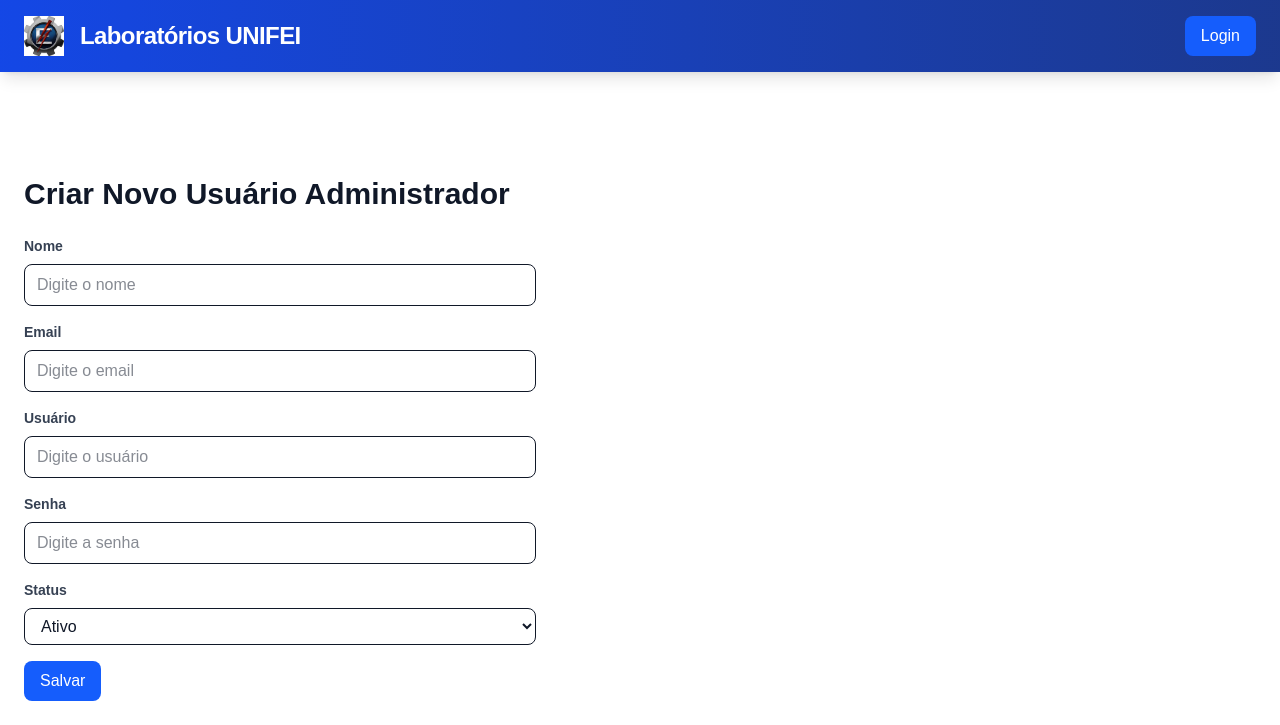
Repository: fabianosevla/gestao-labs
Page: /labs/users/admin/create (app in lab-management-system/)
The author's editor kept a copy of each file at every save. The page is drawn from the files as they stood at one save, then again after the next save.
The browser window is 1280 px wide. The pictures show the whole page.
The page's requests for data from a server got no answer. The project was rebuilt for these pictures with package versions that can differ from the ones it lists, and the page was loaded fresh each time. The framework's server and built-in components were replaced by stand-ins that run in the browser. No one was signed in, and anything a server would have sent is missing. Also part of the build but not shown: lab-management-system/next.config.mjs.

Above is the page before, as saved 2025-05-13 17:31:34.

### lab-management-system/app/layout.js
import "./globals.css";
import Navbar from "../components/Navbar";
import { AuthProvider } from "../lib/authContext";

export const metadata = {
  title: "Gerenciamento de Laboratórios",
  description: "Sistema de gerenciamento de laboratórios da Universidade Federal de Itajubá",
};

export default function RootLayout({ children }) {
  return (
    <html lang="pt-BR">
      <body className="bg-gray-100 min-h-screen">
        <AuthProvider>
          <Navbar />
          <main className="pt-16">{children}</main>
        </AuthProvider>
      </body>
    </html>
  );
}

### lab-management-system/app/labs/users/admin/create/page.js
"use client";

import { useState } from "react";
import { useRouter } from "next/navigation";
import { useAdminUsers, addAdminUser } from "../../../../../lib/storage";

export default function CreateAdminUser() {
    const router = useRouter();
    const [adminUsers, setAdminUsers, loading, refreshAdminUsers] = useAdminUsers();
    const [formData, setFormData] = useState({
        name: "",
        email: "",
        username: "",
        password: "",
        status: "ativo",
    });

    const handleChange = (e) => {
        const { id, value } = e.target;
        setFormData((prev) => ({ ...prev, [id]: value }));
    };

    const handleSubmit = async (e) => {
        e.preventDefault();
        console.log("Salvando novo usuário:", formData);

        const newUser = {
            name: formData.name,
            email: formData.email,
            username: formData.username,
            password: formData.password, // Armazenado como texto simples (recomenda-se hash no backend)
            status: formData.status,
        };

        await addAdminUser(newUser);
        await refreshAdminUsers();
        router.push("/labs/users/admin");
    };

    if (loading) {
        return <div>Carregando...</div>;
    }

    return (
        <div className="p-6 pt-28">
            <h1 className="text-3xl font-bold mb-6 text-gray-900">Criar Novo Usuário Administrador</h1>
            <form className="max-w-lg" onSubmit={handleSubmit}>
                <div className="mb-4">
                    <label className="block text-gray-700 text-sm font-bold mb-2" htmlFor="name">
                        Nome
                    </label>
                    <input
                        type="text"
                        id="name"
                        value={formData.name}
                        onChange={handleChange}
                        className="w-full px-3 py-2 border rounded-lg focus:outline-none focus:ring-2 focus:ring-blue-500 text-gray-900"
                        placeholder="Digite o nome"
                        required
                        autoComplete="name"
                    />
                </div>
                <div className="mb-4">
                    <label className="block text-gray-700 text-sm font-bold mb-2" htmlFor="email">
                        Email
                    </label>
                    <input
                        type="email"
                        id="email"
                        value={formData.email}
                        onChange={handleChange}
                        className="w-full px-3 py-2 border rounded-lg focus:outline-none focus:ring-2 focus:ring-blue-500 text-gray-900"
                        placeholder="Digite o email"
                        required
                        autoComplete="email"
                    />
                </div>
                <div className="mb-4">
                    <label className="block text-gray-700 text-sm font-bold mb-2" htmlFor="username">
                        Usuário
                    </label>
                    <input
                        type="text"
                        id="username"
                        value={formData.username}
                        onChange={handleChange}
                        className="w-full px-3 py-2 border rounded-lg focus:outline-none focus:ring-2 focus:ring-blue-500 text-gray-900"
                        placeholder="Digite o usuário"
                        required
                        autoComplete="username"
                    />
                </div>
                <div className="mb-4">
                    <label className="block text-gray-700 text-sm font-bold mb-2" htmlFor="password">
                        Senha
                    </label>
                    <input
                        type="password"
                        id="password"
                        value={formData.password}
                        onChange={handleChange}
                        className="w-full px-3 py-2 border rounded-lg focus:outline-none focus:ring-2 focus:ring-blue-500 text-gray-900"
                        placeholder="Digite a senha"
                        required
                        autoComplete="new-password"
                    />
                </div>
                <div className="mb-4">
                    <label className="block text-gray-700 text-sm font-bold mb-2" htmlFor="status">
                        Status
                    </label>
                    <select
                        id="status"
                        value={formData.status}
                        onChange={handleChange}
                        className="w-full px-3 py-2 border rounded-lg focus:outline-none focus:ring-2 focus:ring-blue-500 text-gray-900"
                        required
                        autoComplete="off"
                    >
                        <option value="ativo">Ativo</option>
                        <option value="inativo">Inativo</option>
                    </select>
                </div>
                <button
                    type="submit"
                    className="px-4 py-2 bg-blue-600 text-white rounded-lg hover:bg-blue-700 transition duration-300"
                >
                    Salvar
                </button>
            </form>
        </div>
    );
}

### lab-management-system/app/globals.css
@import "tailwindcss";

:root {
  --background: #ffffff;
  --foreground: #efecec;
}

@theme inline {
  --color-background: var(--background);
  --color-foreground: var(--foreground);
  --font-sans: var(--font-geist-sans);
  --font-mono: var(--font-geist-mono);
}

@media (prefers-color-scheme: dark) {
  :root {
    --background: #f7f1f1;
    --foreground: #ededed;
  }
}

body {
  background: var(--background);
  color: var(--foreground);
  font-family: Arial, Helvetica, sans-serif;
}

### lab-management-system/components/Navbar.js
"use client";

import Link from "next/link";
import { usePathname } from "next/navigation";
import { useEffect, useState } from "react";
import { useAuth } from "../lib/authContext";
import { useAdminUsers } from "../lib/storage";

export default function Navbar() {
    const pathname = usePathname();
    const [isLoginPage, setIsLoginPage] = useState(true);
    const { isAuthenticated, login, logout, userRole } = useAuth();
    const [loginData, setLoginData] = useState({ username: "", password: "" });
    const [isLoginModalOpen, setIsLoginModalOpen] = useState(false);
    const [adminUsers, , loading] = useAdminUsers();

    useEffect(() => {
        setIsLoginPage(pathname === "/login");
    }, [pathname]);

    const openLoginModal = () => setIsLoginModalOpen(true);
    const closeLoginModal = () => setIsLoginModalOpen(false);

    const handleLoginChange = (e) => {
        setLoginData({ ...loginData, [e.target.name]: e.target.value });
    };

    const handleLoginSubmit = (e) => {
        e.preventDefault();
        if (!loading && adminUsers) {
            login(loginData.username, loginData.password, adminUsers);
            closeLoginModal();
        }
    };

    if (isLoginPage) return null;

    return (
        <nav className="bg-gradient-to-r from-blue-700 to-blue-900 text-white shadow-lg fixed top-0 left-0 w-full z-50">
            <div className="max-w-7xl mx-auto px-6 py-4 flex justify-between items-center">
                <div className="flex items-center space-x-4">
                    <img
                        src="/images/unifei.jpg"
                        alt="Logo da Universidade Federal de Itajubá"
                        className="h-10 w-10"
                    />
                    <Link href="/" className="text-2xl font-bold tracking-tight text-white hover:text-gray-200 transition">
                        Laboratórios UNIFEI
                    </Link>
                </div>
                <div className="flex items-center space-x-16">
                    {isAuthenticated && (
                        <>
                            {/* Usuários */}
                            <div className="relative group">
                                <button className="px-4 py-2 rounded-xl hover:bg-blue-800 transition duration-300 ease-in-out font-medium">
                                    Usuários
                                </button>
                                <div className="absolute right-0 mt-2 w-40 bg-white text-gray-800 rounded-xl shadow-2xl opacity-0 group-hover:opacity-100 group-hover:translate-y-0 transform -translate-y-3 transition-all duration-300 ease-in-out z-10">
                                    <Link href="/labs/users/visitor" className="block px-4 py-2 hover:bg-blue-100 rounded-t-xl transition duration-200">Visitantes</Link>
                                    <Link href="/labs/users/admin" className="block px-4 py-2 hover:bg-blue-100 rounded-b-xl transition duration-200">Admin</Link>
                                </div>
                            </div>

                            {/* Laboratórios */}
                            <div className="relative group">
                                <button className="px-4 py-2 rounded-xl hover:bg-blue-800 transition duration-300 ease-in-out font-medium">
                                    Laboratórios
                                </button>
                                <div className="absolute right-0 mt-2 w-40 bg-white text-gray-800 rounded-xl shadow-2xl opacity-0 group-hover:opacity-100 group-hover:translate-y-0 transform -translate-y-3 transition-all duration-300 ease-in-out z-20">
                                    <Link href="/labs/laboratories" className="block px-4 py-2 hover:bg-blue-100 rounded-t-xl transition duration-200">Laboratórios</Link>
                                    <div className="relative group/sub">
                                        <button className="block px-4 py-2 hover:bg-blue-100 w-full text-left transition duration-200">
                                            Hardware
                                        </button>
                                        <div className="absolute right-40 top-0 w-40 bg-white text-gray-800 rounded-xl shadow-2xl opacity-0 group-hover/sub:opacity-100 group-hover/sub:translate-x-0 transform translate-x-3 transition-all duration-300 ease-in-out z-20">
                                            <Link href="/labs/hardware/micro" className="block px-4 py-2 hover:bg-blue-100 rounded-t-xl transition duration-200">Micro</Link>
                                            <Link href="/labs/hardware/macro" className="block px-4 py-2 hover:bg-blue-100 rounded-b-xl transition duration-200">Macro</Link>
                                        </div>
                                    </div>
                                    <Link href="/labs/software" className="block px-4 py-2 hover:bg-blue-100 rounded-b-xl transition duration-200">Software</Link>
                                </div>
                            </div>
                        </>
                    )}

                    {/* Botão de Login ou Logout */}
                    {!isAuthenticated ? (
                        <button
                            onClick={openLoginModal}
                            className="px-4 py-2 bg-blue-600 text-white rounded-lg hover:bg-blue-700 transition duration-300"
                        >
                            Login
                        </button>
                    ) : (
                        <button
                            onClick={logout}
                            className="px-4 py-2 bg-red-600 text-white rounded-lg hover:bg-red-700 transition duration-300"
                        >
                            Logout
                        </button>
                    )}
                    {isLoginModalOpen && (
                        <div className="fixed inset-0 bg-black bg-opacity-50 flex items-center justify-center z-50">
                            <div className="bg-white rounded-lg p-6 w-full max-w-md shadow-lg">
                                <h2 className="text-2xl font-bold text-gray-900 mb-4">Login</h2>
                                <form onSubmit={handleLoginSubmit}>
                                    <div className="mb-4">
                                        <label className="block text-gray-700 text-sm font-bold mb-2" htmlFor="username">
                                            Usuário
                                        </label>
                                        <input
                                            type="text"
                                            id="username"
                                            name="username"
                                            value={loginData.username}
                                            onChange={handleLoginChange}
                                            className="w-full px-3 py-2 border rounded-lg focus:outline-none focus:ring-2 focus:ring-blue-500 text-gray-900"
                                            placeholder="Digite o usuário"
                                            required
                                            autoComplete="username"
                                        />
                                    </div>
                                    <div className="mb-4">
                                        <label className="block text-gray-700 text-sm font-bold mb-2" htmlFor="password">
                                            Senha
                                        </label>
                                        <input
                                            type="password"
                                            id="password"
                                            name="password"
                                            value={loginData.password}
                                            onChange={handleLoginChange}
                                            className="w-full px-3 py-2 border rounded-lg focus:outline-none focus:ring-2 focus:ring-blue-500 text-gray-900"
                                            placeholder="Digite a senha"
                                            required
                                            autoComplete="current-password"
                                        />
                                    </div>
                                    <button
                                        type="submit"
                                        className="w-full px-4 py-2 bg-blue-600 text-white rounded-lg hover:bg-blue-700 transition duration-300"
                                    >
                                        Entrar
                                    </button>
                                </form>
                                <button
                                    onClick={closeLoginModal}
                                    className="mt-4 w-full px-4 py-2 bg-gray-500 text-white rounded-lg hover:bg-gray-600 transition duration-300"
                                >
                                    Fechar
                                </button>
                            </div>
                        </div>
                    )}
                </div>
            </div>
        </nav>
    );
}

### lab-management-system/lib/authContext.js
"use client";

import { createContext, useContext, useState, useEffect } from "react";

const AuthContext = createContext();

export function AuthProvider({ children }) {
    const [isAuthenticated, setIsAuthenticated] = useState(false);
    const [userRole, setUserRole] = useState(null);

    useEffect(() => {
        const storedAuth = localStorage.getItem("isAuthenticated");
        const storedRole = localStorage.getItem("userRole");
        if (storedAuth === "true" && storedRole) {
            setIsAuthenticated(true);
            setUserRole(storedRole);
        }
    }, []);

    const login = (username, password, adminUsers) => {
        if (!adminUsers) return;
        const user = adminUsers.find(
            (u) => u.username === username && u.password === password && u.status === "ativo"
        );
        if (user) {
            setIsAuthenticated(true);
            setUserRole(user.role || "user"); // Assume "user" como padrão se role não estiver definida
            localStorage.setItem("isAuthenticated", "true");
            localStorage.setItem("userRole", user.role || "user");
        }
    };

    const logout = () => {
        setIsAuthenticated(false);
        setUserRole(null);
        localStorage.removeItem("isAuthenticated");
        localStorage.removeItem("userRole");
    };

    return (
        <AuthContext.Provider value={{ isAuthenticated, userRole, login, logout }}>
            {children}
        </AuthContext.Provider>
    );
}

export function useAuth() {
    return useContext(AuthContext);
}

Loaded but not shown: lab-management-system/lib/storage.js (library)

After the next save:
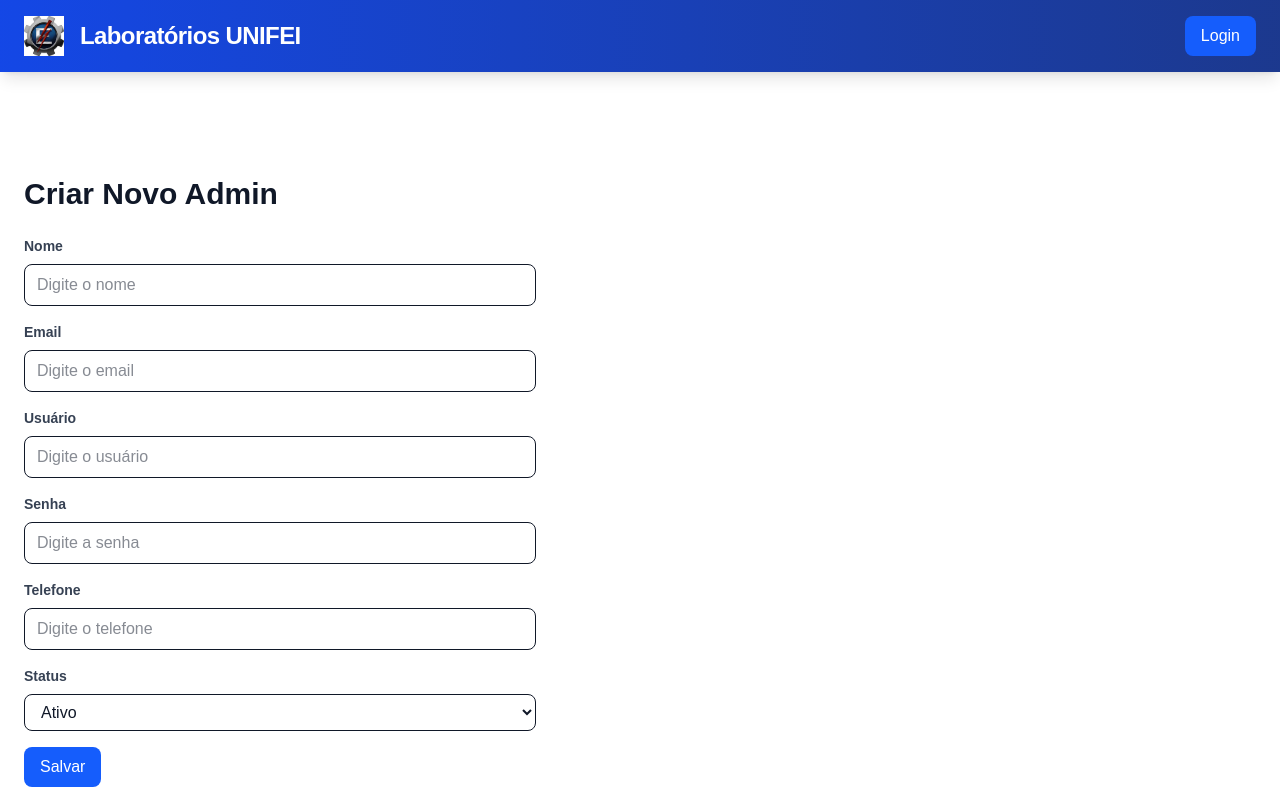
Saved 15 min 8 s later.
--- a/lab-management-system/app/labs/users/admin/create/page.js
+++ b/lab-management-system/app/labs/users/admin/create/page.js
@@ -12,6 +12,7 @@ export default function CreateAdminUser() {
         email: "",
         username: "",
         password: "",
+        phone: "", // Novo campo Telefone
         status: "ativo",
     });
 
@@ -22,28 +23,29 @@ export default function CreateAdminUser() {
 
     const handleSubmit = async (e) => {
         e.preventDefault();
-        console.log("Salvando novo usuário:", formData);
+        console.log("Salvando novo admin:", formData);
 
-        const newUser = {
+        const newAdmin = {
             name: formData.name,
             email: formData.email,
             username: formData.username,
-            password: formData.password, // Armazenado como texto simples (recomenda-se hash no backend)
+            password: formData.password,
+            phone: formData.phone, // Inclui o telefone
             status: formData.status,
         };
 
-        await addAdminUser(newUser);
+        await addAdminUser(newAdmin);
         await refreshAdminUsers();
         router.push("/labs/users/admin");
     };
 
     if (loading) {
-        return <div>Carregando...</div>;
+        return <div>Carregando dados...</div>;
     }
 
     return (
         <div className="p-6 pt-28">
-            <h1 className="text-3xl font-bold mb-6 text-gray-900">Criar Novo Usuário Administrador</h1>
+            <h1 className="text-3xl font-bold mb-6 text-gray-900">Criar Novo Admin</h1>
             <form className="max-w-lg" onSubmit={handleSubmit}>
                 <div className="mb-4">
                     <label className="block text-gray-700 text-sm font-bold mb-2" htmlFor="name">
@@ -57,7 +59,7 @@ export default function CreateAdminUser() {
                         className="w-full px-3 py-2 border rounded-lg focus:outline-none focus:ring-2 focus:ring-blue-500 text-gray-900"
                         placeholder="Digite o nome"
                         required
-                        autoComplete="name"
+                        autoComplete="off"
                     />
                 </div>
                 <div className="mb-4">
@@ -72,7 +74,7 @@ export default function CreateAdminUser() {
                         className="w-full px-3 py-2 border rounded-lg focus:outline-none focus:ring-2 focus:ring-blue-500 text-gray-900"
                         placeholder="Digite o email"
                         required
-                        autoComplete="email"
+                        autoComplete="off"
                     />
                 </div>
                 <div className="mb-4">
@@ -87,7 +89,7 @@ export default function CreateAdminUser() {
                         className="w-full px-3 py-2 border rounded-lg focus:outline-none focus:ring-2 focus:ring-blue-500 text-gray-900"
                         placeholder="Digite o usuário"
                         required
-                        autoComplete="username"
+                        autoComplete="off"
                     />
                 </div>
                 <div className="mb-4">
@@ -102,7 +104,21 @@ export default function CreateAdminUser() {
                         className="w-full px-3 py-2 border rounded-lg focus:outline-none focus:ring-2 focus:ring-blue-500 text-gray-900"
                         placeholder="Digite a senha"
                         required
-                        autoComplete="new-password"
+                        autoComplete="off"
+                    />
+                </div>
+                <div className="mb-4">
+                    <label className="block text-gray-700 text-sm font-bold mb-2" htmlFor="phone">
+                        Telefone
+                    </label>
+                    <input
+                        type="text"
+                        id="phone"
+                        value={formData.phone}
+                        onChange={handleChange}
+                        className="w-full px-3 py-2 border rounded-lg focus:outline-none focus:ring-2 focus:ring-blue-500 text-gray-900"
+                        placeholder="Digite o telefone"
+                        autoComplete="off"
                     />
                 </div>
                 <div className="mb-4">
@@ -114,8 +130,6 @@ export default function CreateAdminUser() {
                         value={formData.status}
                         onChange={handleChange}
                         className="w-full px-3 py-2 border rounded-lg focus:outline-none focus:ring-2 focus:ring-blue-500 text-gray-900"
-                        required
-                        autoComplete="off"
                     >
                         <option value="ativo">Ativo</option>
                         <option value="inativo">Inativo</option>
